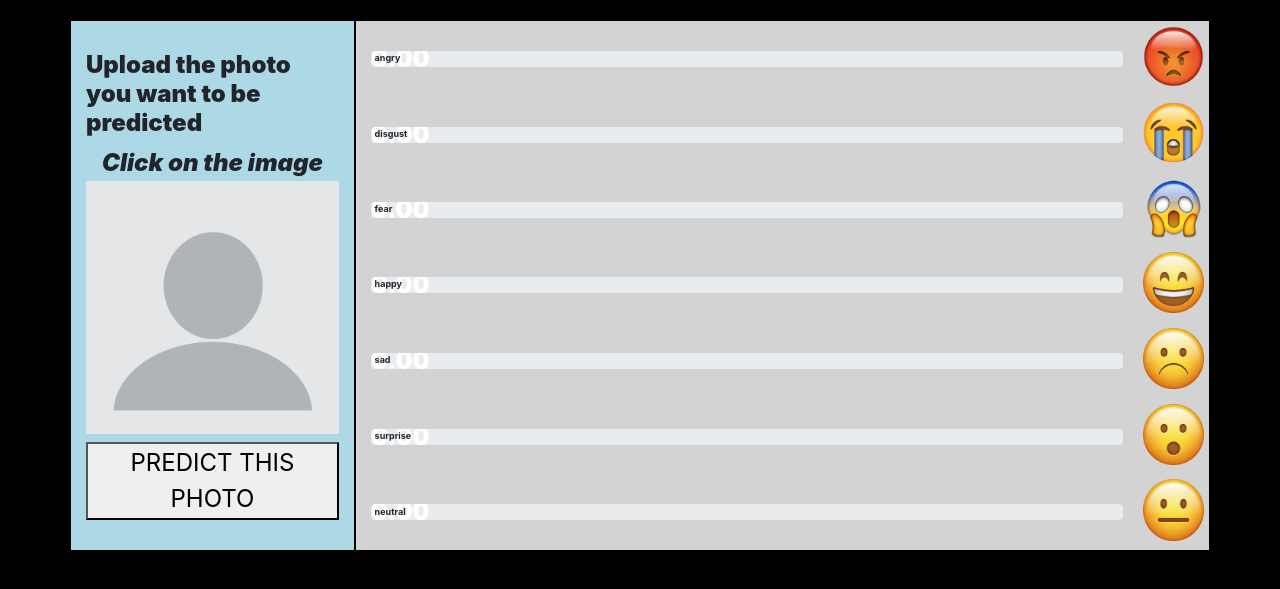
Repository: Jermaniac/TrabajoFinGradoGerman
Page: / (app in webprojectREACT/webexpresssionproject/)
These files come from the project's save history. The page is drawn as it stood at one moment and after the next save; the edit follows.
The browser window is 1280 px wide. The pictures show the whole page.
The project was rebuilt for these pictures with package versions that can differ from the ones it lists, and the page was loaded fresh each time.

Above is the page before, as saved 2021-05-05 13:19:27.

After the next save:
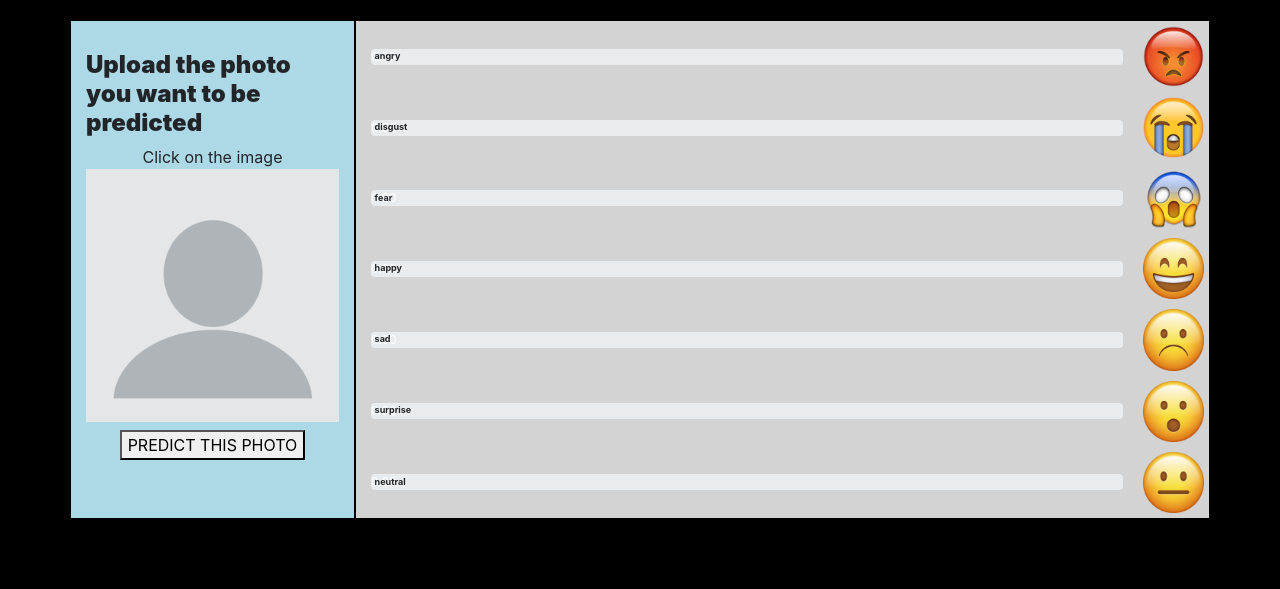
Saved 6 s later.
--- a/webprojectREACT/webexpresssionproject/src/styles/FormComponent.css
+++ b/webprojectREACT/webexpresssionproject/src/styles/FormComponent.css
@@ -13,14 +13,14 @@
     justify-content: center;
 }
 
-#form > .row > h2,div{
+#form > .row > h2,h3{
     font-weight: 900;
     font-size: x-large;
 }
 #form > .row > h2{
     font-style: initial;
 }
-#form >.row > div{
+#form >.row > h3{
     font-style: italic;
 }
 
